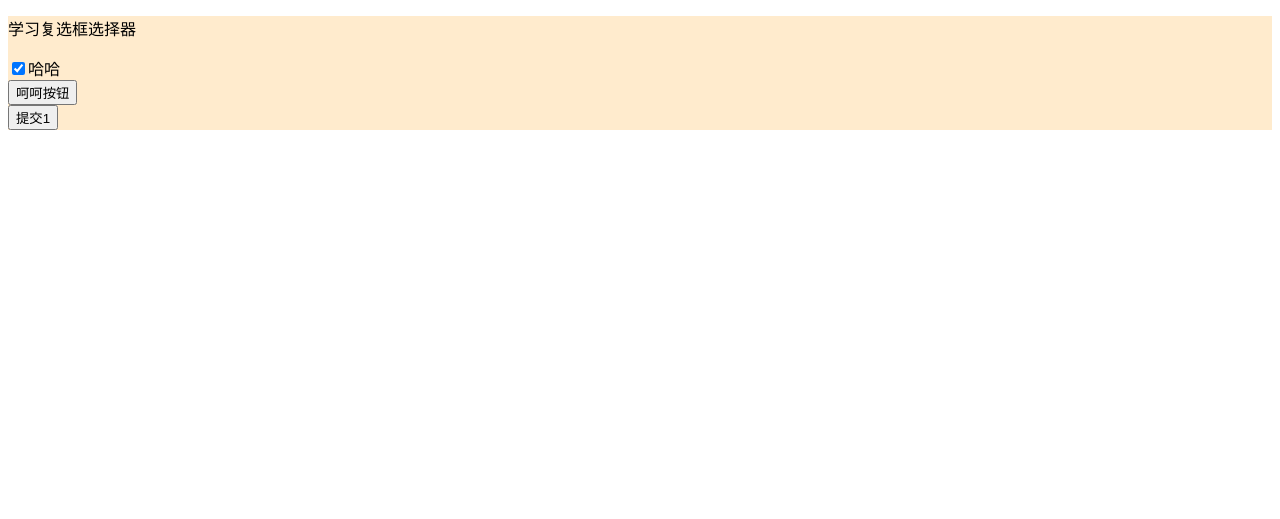
Repository: wangyanqing666/study
Page: 复选框选择.html
The author's editor kept a copy of each file at every save. The page is drawn from the files as they stood at one save, then again after the next save.
The browser window is 1280 px wide. The pictures show the whole page.

Above is the page before, as saved 2020-07-04 17:14:40.

After the next save:
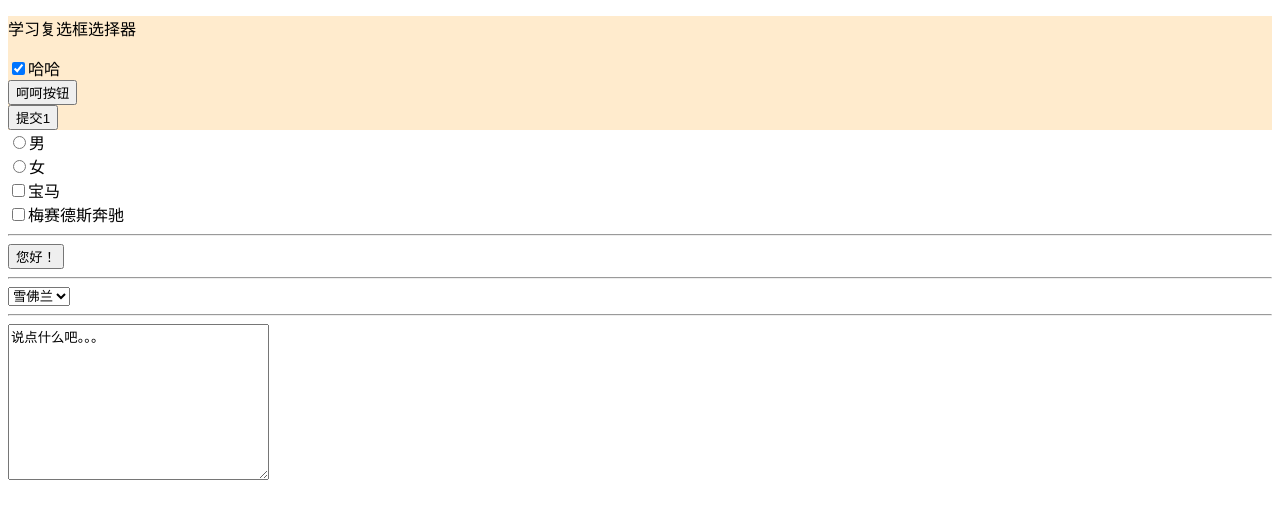
Saved 85 days later.
--- a/复选框选择.html
+++ b/复选框选择.html
@@ -44,9 +44,35 @@
          <input id= 'bt1' type="button" value="呵呵按钮">
          <br>
         <button  id= 'bt2' type="submit" onclick="return func()">提交1</button>
+    </div>
 
 
-    </div>
+    <html>
+
+
+        <form action="">
+            <input type="radio" name="性别" value="男">男<br>
+            <input type="radio" name="性别" value="女">女<br>
+            <!--多选框	-->
+            <input type="checkbox" name="车辆" value="车">宝马<br>
+            <input type="checkbox" name="车辆" value="车">梅赛德斯奔驰<br>
+            <hr>
+            <!-- 按钮 -->
+            <input type="button" value="您好！">
+            <hr>
+            <!--下拉框设置	-->
+            <select name="cars">
+                <option value="bk">别克</option>
+                <option value="xfl" selected>雪佛兰</option> //预选设置
+                <option value="dz">大众</option>
+                <option value="fute">福特</option>
+            </select>
+            <hr>
+            <!--//文本输入框	-->
+            <textarea rows="10" cols="30">说点什么吧。。。</textarea>
+        </form>
+
+
 
 </body>
 </html>
